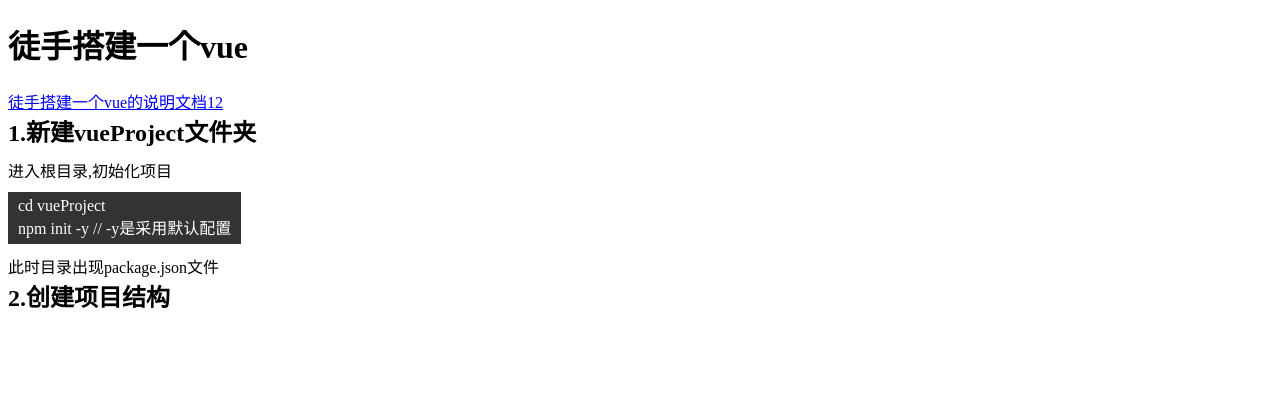
Repository: yuWhy/vue-build-cli
Page: /#/vueBuild
An editor plug-in stored every save of this project. The page is shown before and after the next save, followed by the edit.
The browser window is 1280 px wide. The pictures show the whole page.
The project was rebuilt for these pictures with package versions that can differ from the ones it lists, and the page was loaded fresh each time. Also part of the build but not shown: webpack.config.js, src/router/index.js.

Above is the page before, as saved 2021-02-19 16:07:35.

### index.html
<!DOCTYPE html>
<html lang="en">

<head>
  <meta charset="utf-8">
  <meta http-equiv="X-UA-Compatible" content="IE=edge">
  <meta name="viewport" content="width=device-width,initial-scale=1.0">
</head>

<body>
  <div id="app"></div>
</body>

</html>

### src/main.js
import Vue from 'vue'
import App from "./App.vue"
import router from './router/index.js'

new Vue({
  el: '#app',
  router,
  render: h => h(App)
})

### src/App.vue
<template>
  <div id="app">
    <h1>{{msg}}</h1>
    <router-link to="vueBuild">徒手搭建一个vue的说明文档</router-link>
    <router-link to="hello">1</router-link>
    <router-link to="login">2</router-link>
    <router-view></router-view>
  </div>
</template>

<script>
export default {
  name: 'App',
  data() {
    return {
      msg: '徒手搭建一个vue'
    }
  }
}
</script>

### src/components/vue-build.vue
<template>
  <div>
    <h2>1.新建vueProject文件夹</h2>
    <p>进入根目录,初始化项目</p>
    <div class="dimk">
      cd vueProject <br>
      npm init -y // -y是采用默认配置
    </div>
    <br>
    此时目录出现package.json文件
    <h2>2.创建项目结构</h2>
  </div>
</template>
<script>
export default {
  name: 'vueBuild'
}
</script>
<style scoped>
* {
  padding: 0;
  margin: 0;
  margin-bottom: 10px;
}
  .dimk {
    background: #333;
    color: #fff;
    padding: 5px 10px;
    display: inline-block;
  }
</style>

After the next save:
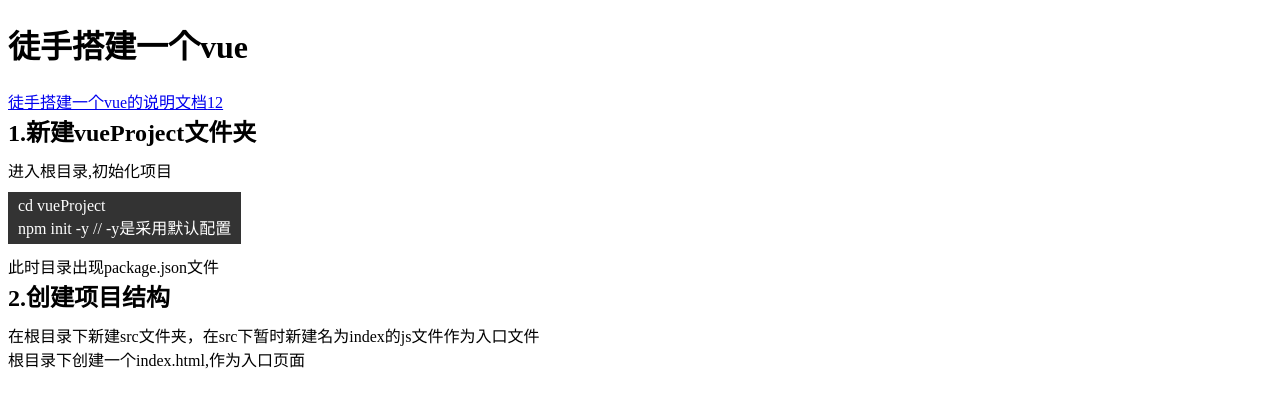
Saved 34 s later.
--- a/src/components/vue-build.vue
+++ b/src/components/vue-build.vue
@@ -9,6 +9,8 @@
     <br>
     此时目录出现package.json文件
     <h2>2.创建项目结构</h2>
+    在根目录下新建src文件夹，在src下暂时新建名为index的js文件作为入口文件<br>
+    根目录下创建一个index.html,作为入口页面
   </div>
 </template>
 <script>
